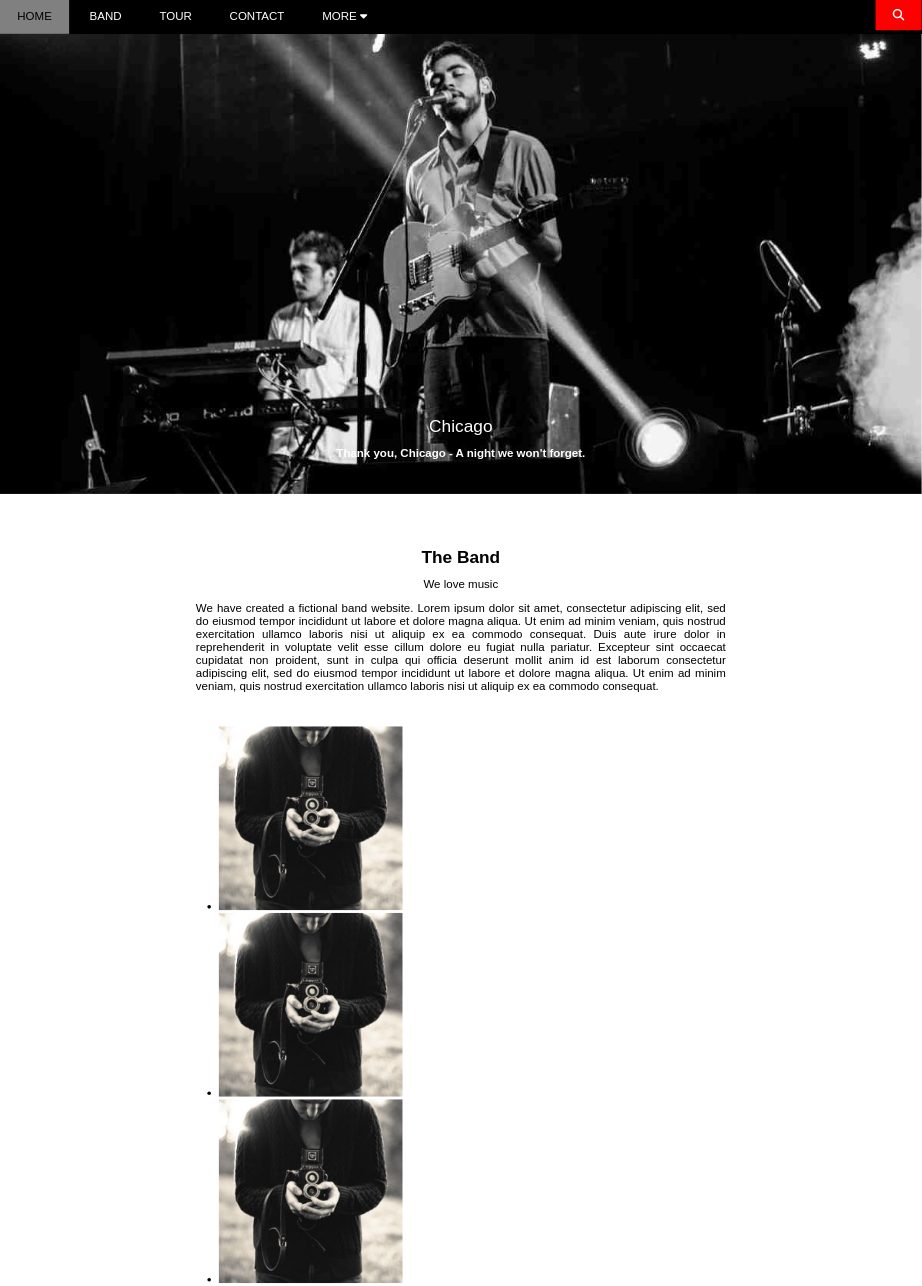
Repository: ngotranphuongbao/theband
Page: index.html
An editor plug-in stored every save of this project. The page is shown before and after the next save, followed by the edit.
The browser window is 1280 px wide. The pictures show the whole page, at 72% of full size.
Some web libraries are served in a nearby version.

Above is the page before, as saved 2022-12-21 20:31:24.

After the next save:
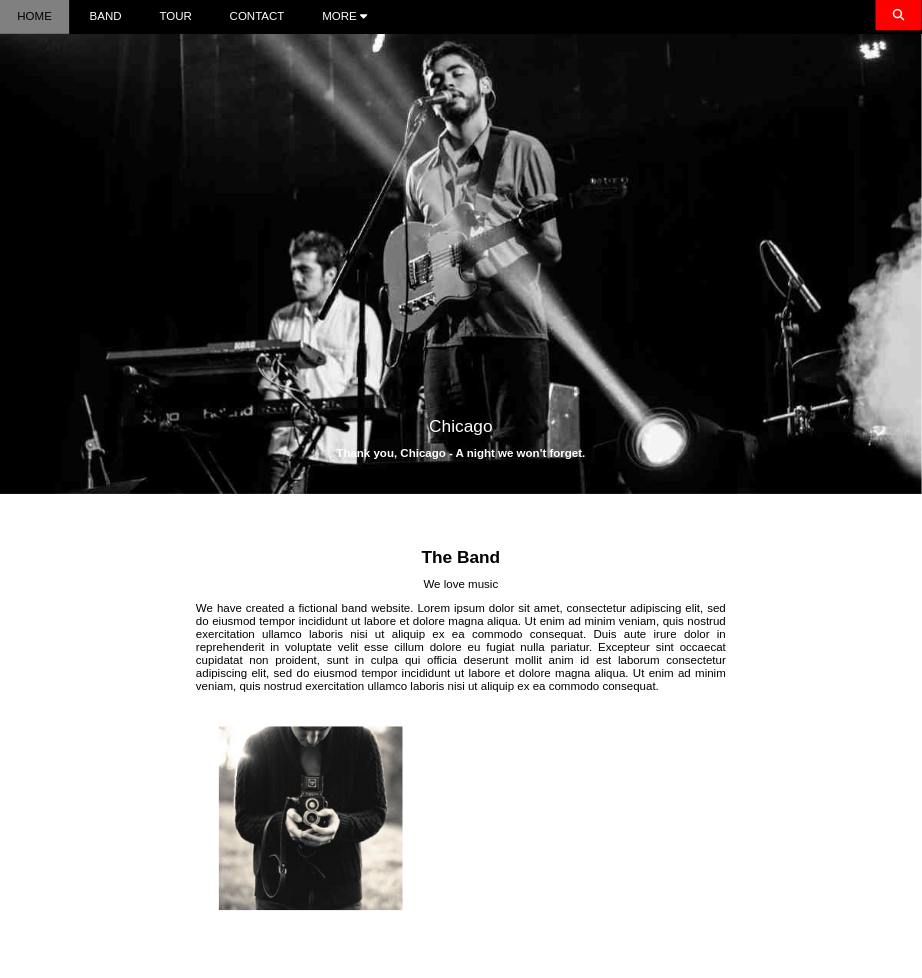
Saved 64 min 22 s later.
--- a/index.html
+++ b/index.html
@@ -48,20 +48,10 @@
                     <p class="content-subtitle">We love music</p>
                     <p id="describe">We have created a fictional band website. Lorem ipsum dolor sit amet, consectetur adipiscing elit, sed do eiusmod tempor incididunt ut labore et dolore magna aliqua. Ut enim ad minim veniam, quis nostrud exercitation ullamco laboris nisi ut aliquip ex ea commodo consequat. Duis aute irure dolor in reprehenderit in voluptate velit esse cillum dolore eu fugiat nulla pariatur. Excepteur sint occaecat cupidatat non proident, sunt in culpa qui officia deserunt mollit anim id est laborum consectetur adipiscing elit, sed do eiusmod tempor incididunt ut labore et dolore magna aliqua. Ut enim ad minim veniam, quis nostrud exercitation ullamco laboris nisi ut aliquip ex ea commodo consequat.</p>
                     <div id="member">
-                        <ul id="member-info">
-                            <li>
-                                <p class="member-name"></p>
-                                <img src="/assets/image/member/bandmember.jpg" alt="" class="member-photo">
-                            </li>
-                            <li>
-                                <p class="member-name"></p>
-                                <img src="/assets/image/member/bandmember.jpg" alt="" class="member-photo">
-                            </li>
-                            <li>
-                                <p class="member-name"></p>
-                                <img src="/assets/image/member/bandmember.jpg" alt="" class="member-photo">
-                            </li>
-                        </ul>
+                        <div id="member-info">
+                            <p class="member-name"></p>
+                            <img src="/assets/image/member/bandmember.jpg" alt="" class="member-photo">
+                        </div>
                     </div>
                 </div>
             </div>

After the save that followed:
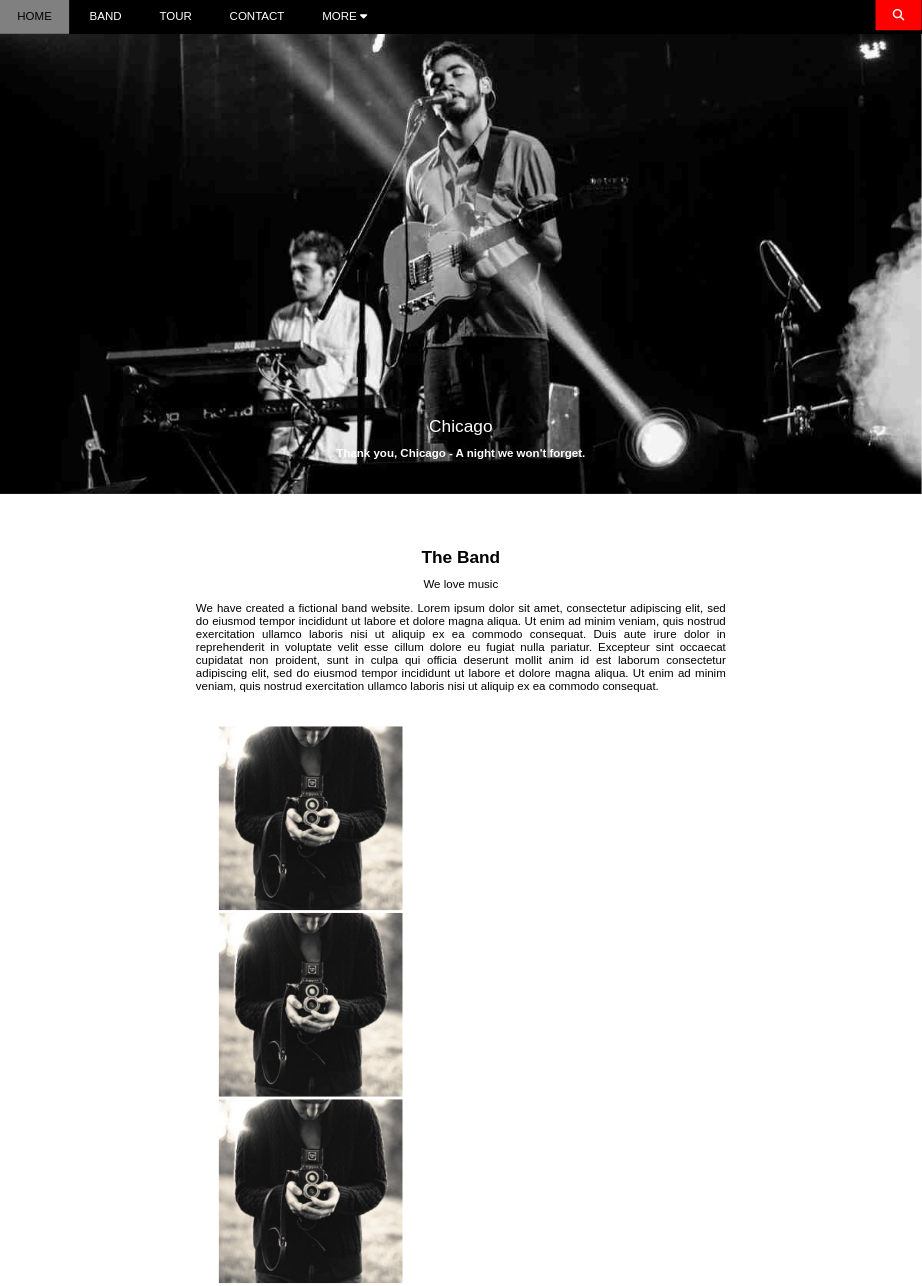
Saved 23 s later.
--- a/index.html
+++ b/index.html
@@ -52,6 +52,16 @@
                             <p class="member-name"></p>
                             <img src="/assets/image/member/bandmember.jpg" alt="" class="member-photo">
                         </div>
+
+                        <div id="member-info">
+                            <p class="member-name"></p>
+                            <img src="/assets/image/member/bandmember.jpg" alt="" class="member-photo">
+                        </div>
+
+                        <div id="member-info">
+                            <p class="member-name"></p>
+                            <img src="/assets/image/member/bandmember.jpg" alt="" class="member-photo">
+                        </div>
                     </div>
                 </div>
             </div>
